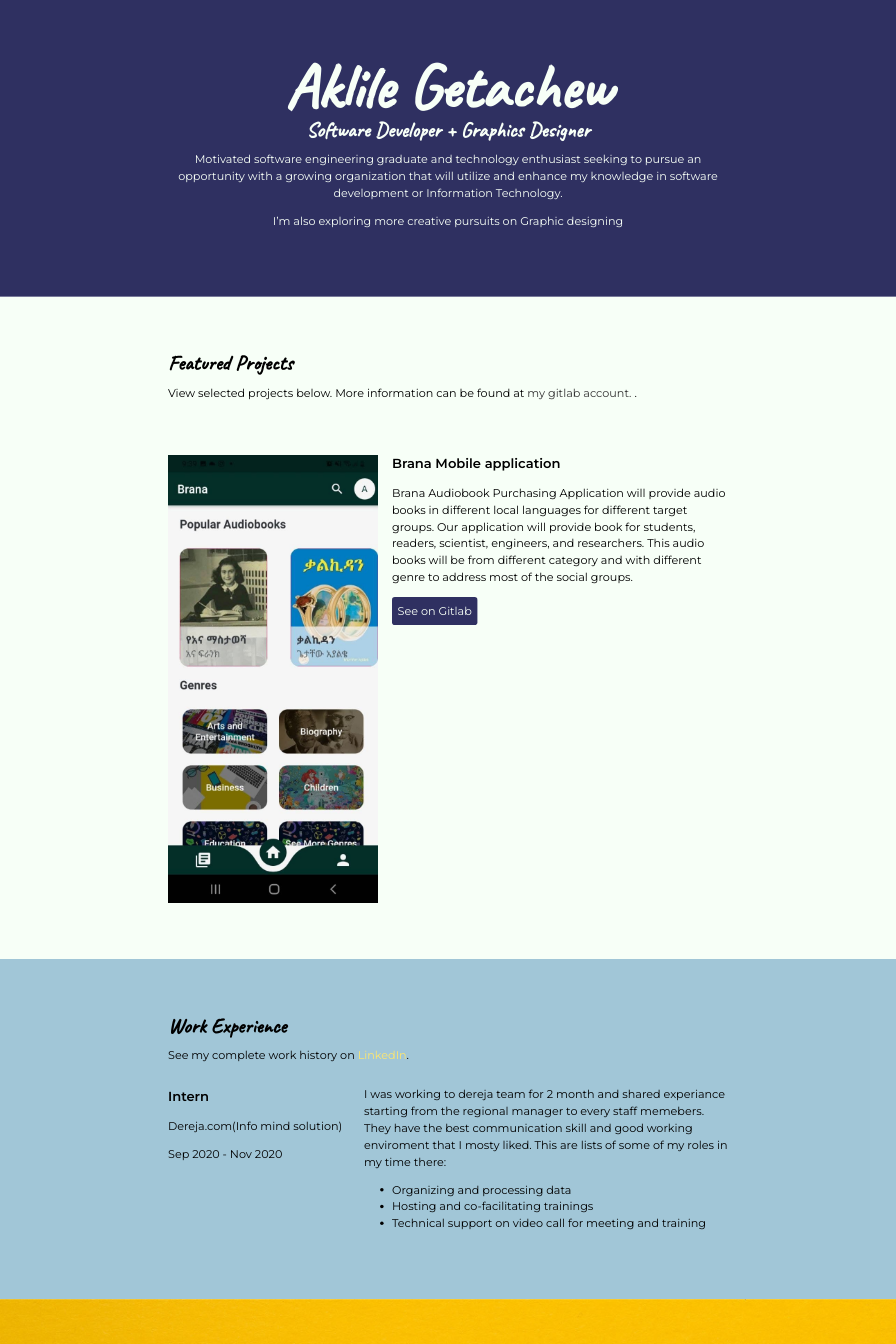
Repository: Aklilegetachew/my-Portfolio
Page: index.html
An editor plug-in stored every save of this project. The page is shown before and after the next save, followed by the edit.
The browser window is 1280 px wide. The pictures show the part of the page from y = 0 to 1920 px (the page is 3483 px tall before and 3513 px after), at 70% of full size.

Above is the page before, as saved 2021-11-24 15:44:43.

After the next save:
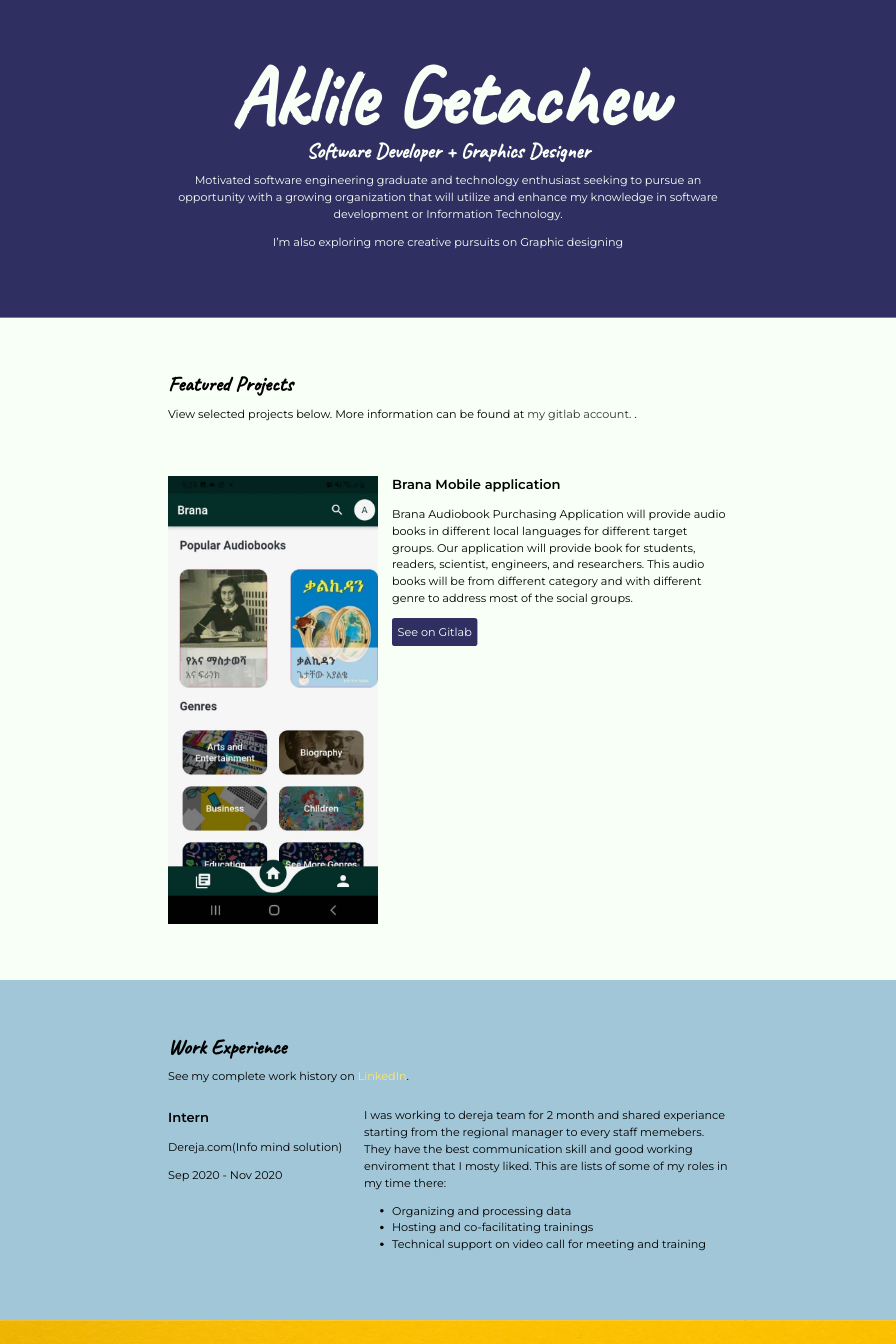
Saved 3 min 34 s later.
--- a/css/styles.css
+++ b/css/styles.css
@@ -178,7 +178,7 @@
     }
 
     h1{
-        font-size: 90px;
+        font-size: 120px;
 
     }
     h2{
